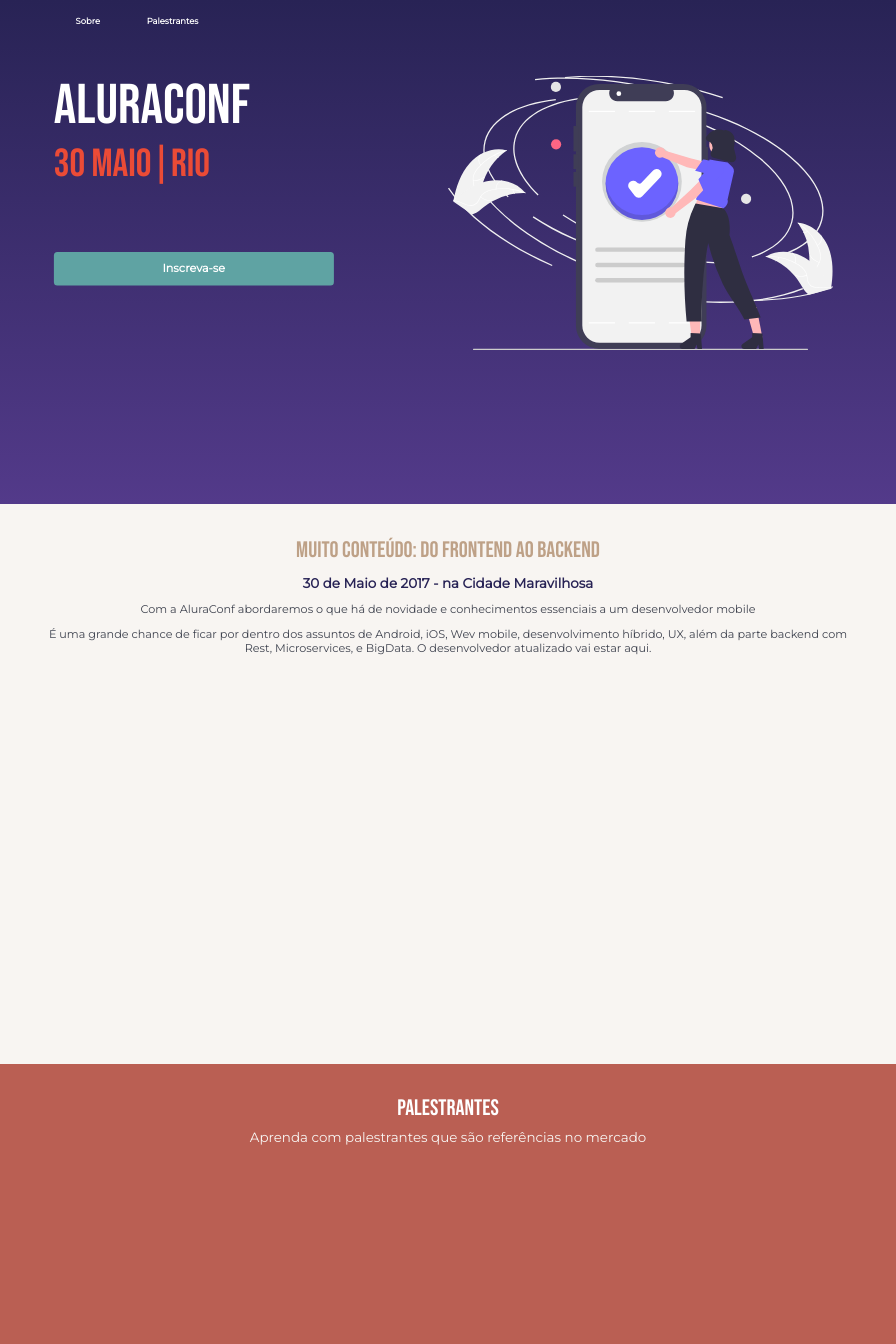
Repository: tomoliveira1/aluraconf
Page: index.html
These files come from the project's save history. The page is drawn as it stood at one moment and after the next save; the edit follows.
The browser window is 1280 px wide. The pictures show the part of the page from y = 0 to 1920 px (the page is 2856 px tall), at 70% of full size.

Above is the page before, as saved 2021-10-12 21:06:08.

After the next save:
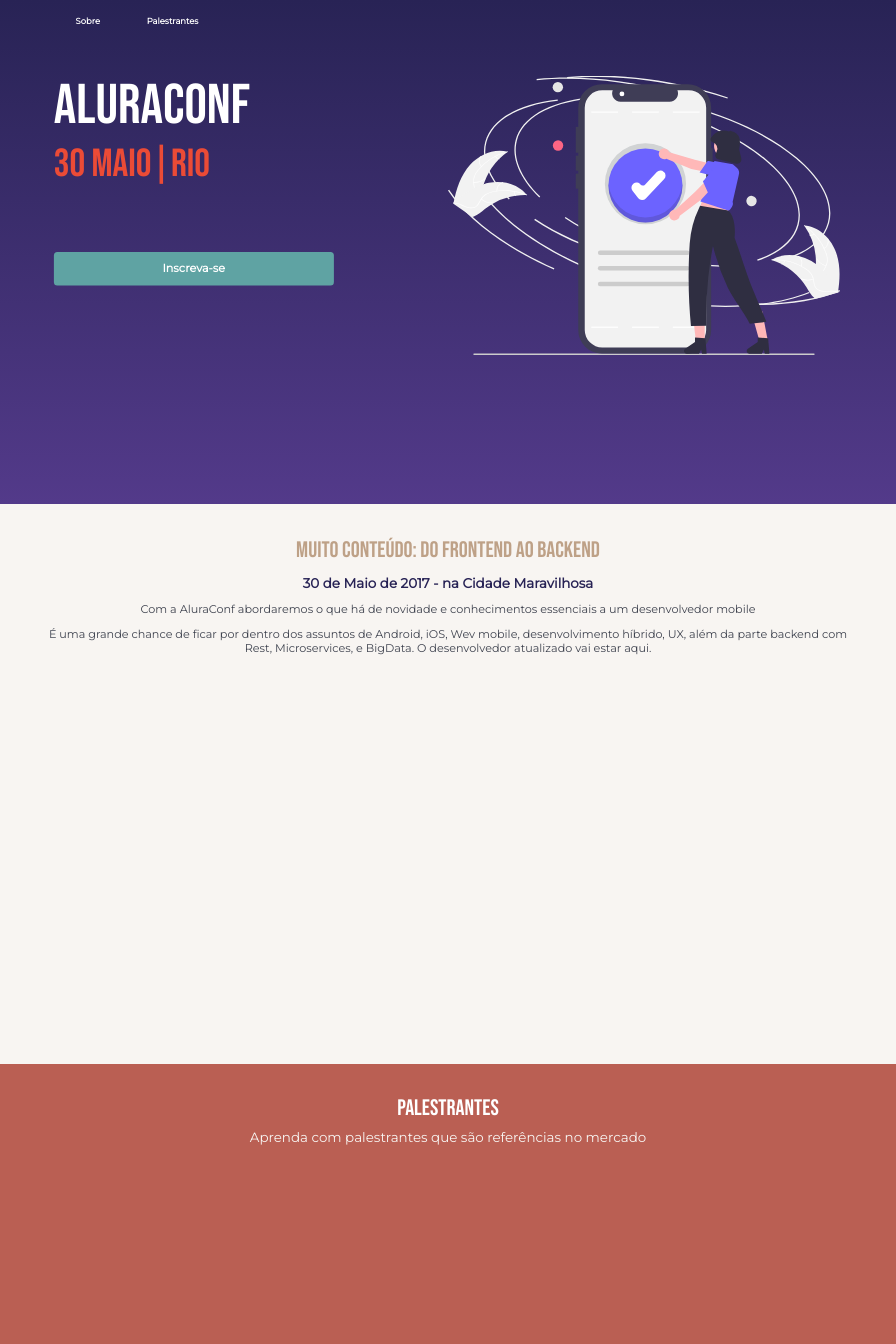
Saved 4 s later.
--- a/aluraconf/css/header.css
+++ b/aluraconf/css/header.css
@@ -65,7 +65,7 @@
   }
 
   .header_image {
-    width: 550px;
+    width: 560px;
     display: flex;
     position: absolute;
     left: 50%;
